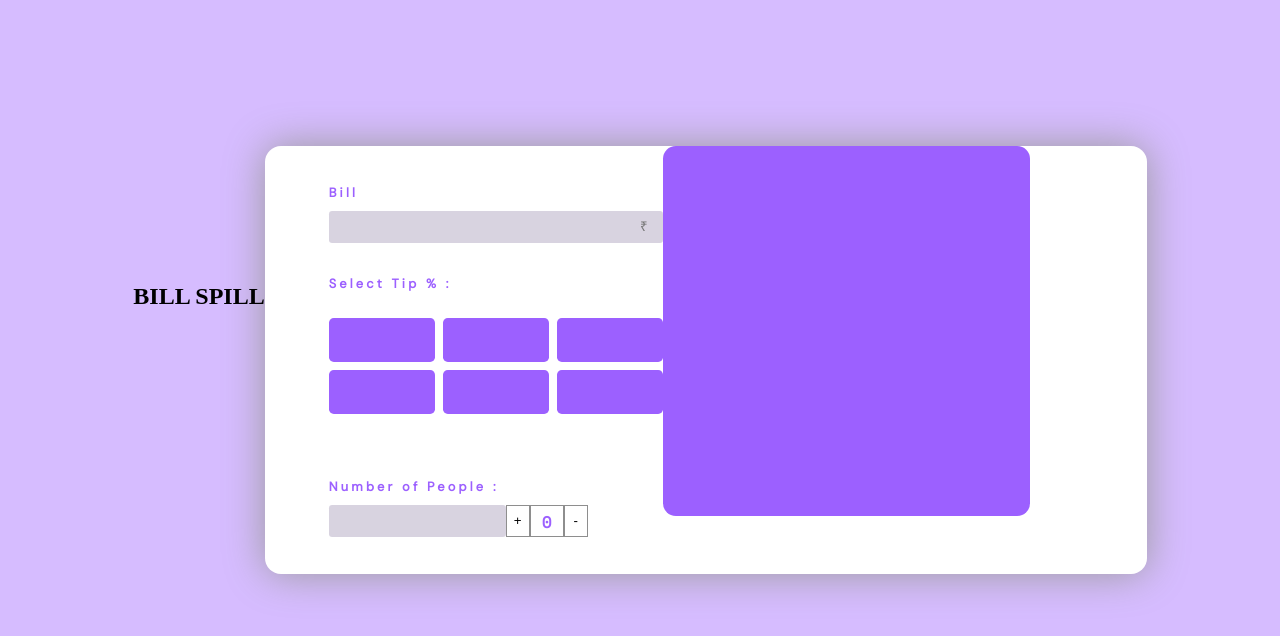
Repository: drumsmanku/micro-project-3
Page: index.html
An editor plug-in stored every save of this project. The page is shown before and after the next save, followed by the edit.
The browser window is 1280 px wide. The pictures show the whole page.

Above is the page before, as saved 2023-04-17 19:23:09.

After the next save:
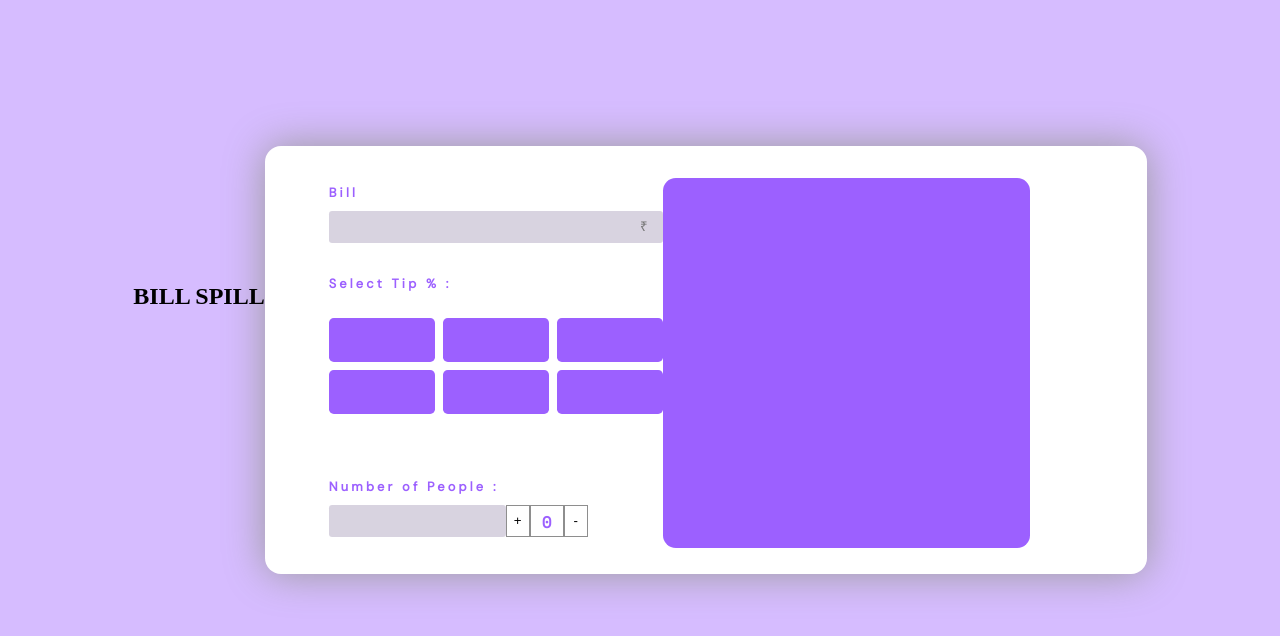
Saved 41 s later.
--- a/styles.css
+++ b/styles.css
@@ -84,6 +84,8 @@ main>h2{
   height: 370px;
   background-color: #9C60FF;
   border-radius: 0.8rem;
+  position: relative;
+  top: 2rem;
 }
 input{
   border-radius: 0.2rem;
